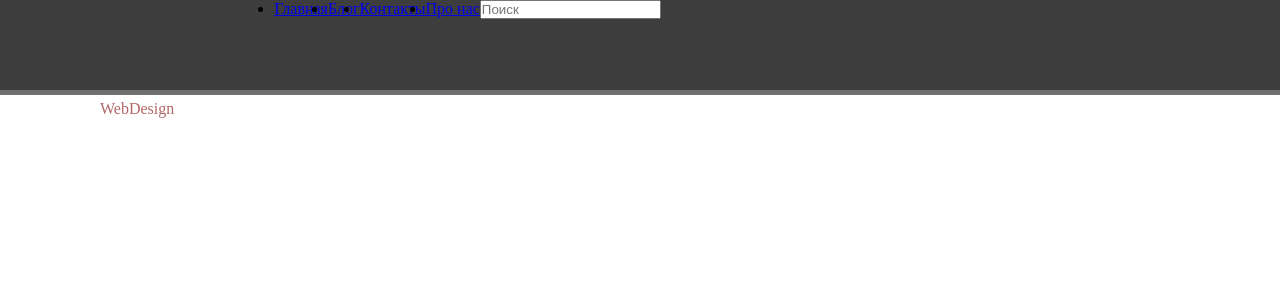
Repository: andbaik/Itprog
Page: index.htm
An editor plug-in stored every save of this project. The page is shown before and after the next save, followed by the edit.
The browser window is 1280 px wide. The pictures show the whole page.

Above is the page before, as saved 2021-01-19 15:38:46.

After the next save:
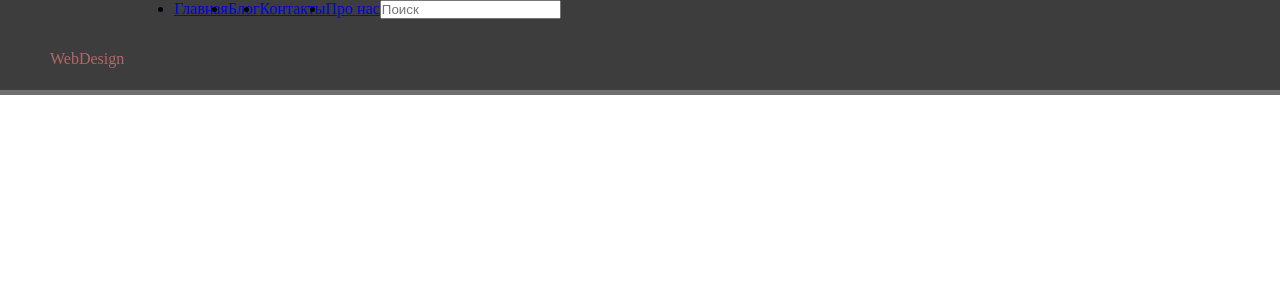
Saved 7 s later.
--- a/css/style.css
+++ b/css/style.css
@@ -13,7 +13,7 @@
 
 }
 .logo {
-    padding: 100px;
+    padding: 50px;
 }
 .logo a{
     color: #B36767;
